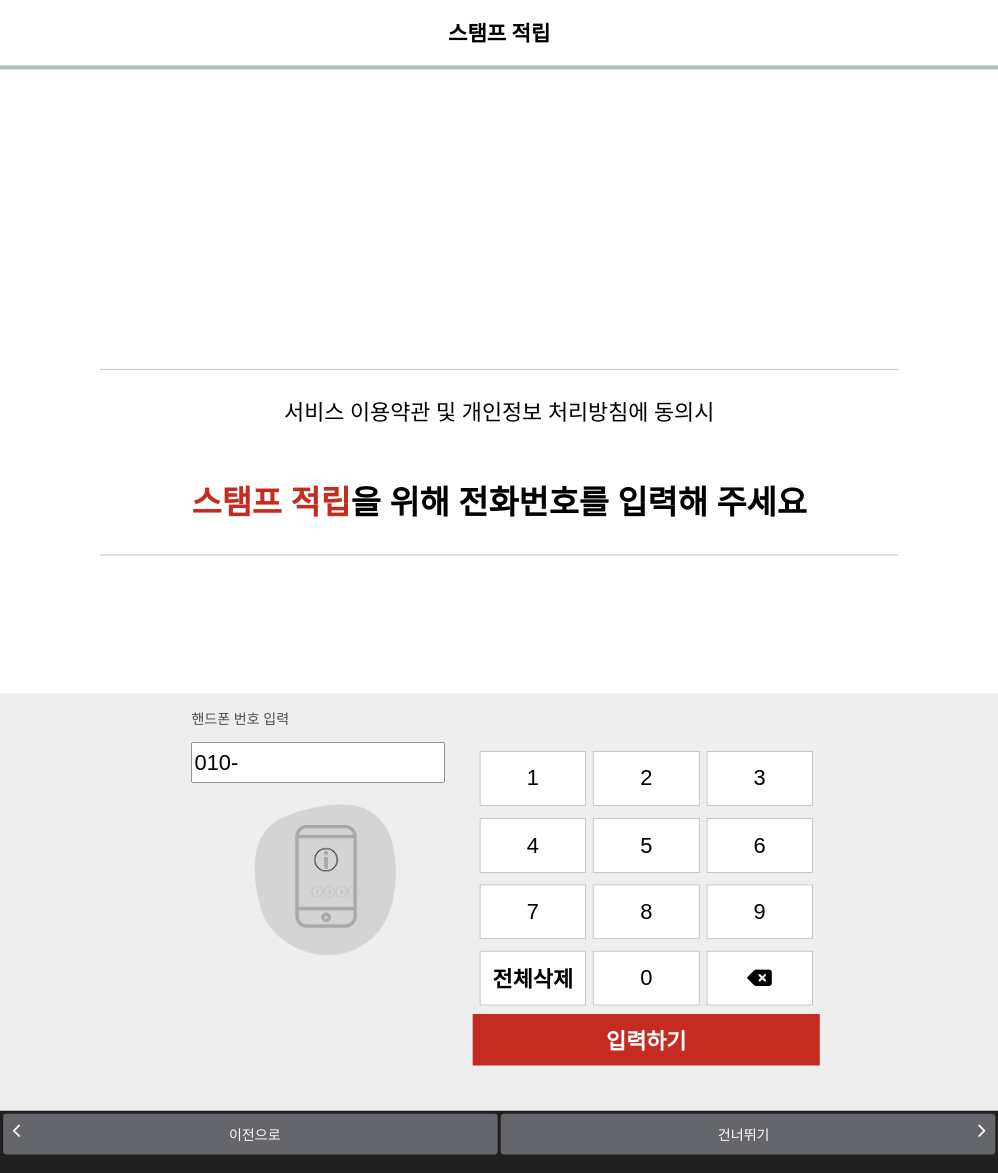
Repository: leebo-ram/tripleacoffee
Page: stamp/stampMemberCheck.html
An editor plug-in stored every save of this project. The page is shown before and after the next save, followed by the edit.
The browser window is 1280 px wide. The pictures show the whole page, at 78% of full size.
Some web libraries are served in a nearby version.

Above is the page before, as saved 2023-01-07 19:03:48.

### stamp/stampMemberCheck.html
<!DOCTYPE html>
<html lang="en">
<head>
  <meta charset="UTF-8">
  <meta http-equiv="X-UA-Compatible" content="IE=edge">
  <meta name="viewport" content="width=device-width, initial-scale=1.0">
  <title>stamp Earn (스탬프 적립) - 회원전화번호입력</title>
  <meta name="description" content="tripleacoffee Portfolio for world-renowned software engineer Lee Bo-ram and Byeon Sang-woo">

  <link rel="icon" type="image/png" href="../img/0_logo/logo_h.jpg" />

  <!-- 무료icon 적용하기 -->
  <script src="https://kit.fontawesome.com/24a94e1bce.js" crossorigin="anonymous"></script>


  <!-- 글씨체 적용하기 -->
  <link href="https://fonts.googleapis.com/css2?family=Open+Sans:wght@400;600;700&display=swap" rel="stylesheet">
  <!-- css(font-글씨체) : font-family: 'Open Sans', sans-serif;-->

  <link rel="stylesheet" href="../style2.css">
  <script src="../main.js" defer></script>

</head>
<body>
  <section id="popTitles">
    <div class="pop__title">
      <h2>스탬프 적립</h2>
    </div>
  </section>

  <!-- 스탬프 적립하기 / 사용하기 -->
  <section id="popBox">
    <div class="memberStamp">
      <div class="member__stamps stampEarn__description">
        <p>서비스 이용약관 및 개인정보 처리방침에 동의시</p>
        <h2><span>스탬프 적립</span>을 위해 전화번호를 입력해 주세요</h2>
      </div>
    </div>
  </section>

  <!-- 전화번호 입력 -->
  <section id="hp__numbers_box">
      <div id="hp">
        <div class="phoneNum">
          <p>핸드폰 번호 입력</p>
          <input type="text" name="mobileNumber" required size="10" id="mobileNumber" value="010-">

          <div>
            <img src="../img/stampEarn_mobile.png" alt="">
          </div>
        </div>

        <div class="hp__numbers">
          <div class="number123">
            <button class="number1" data-val="1">
              <input type="hidden" value="mobileNumber">
              <p>1</p>
            </button>
            <button class="number1" data-val="2">
              <input type="hidden" value="mobileNumber">
              <p>2</p>
            </button>
            <button class="number1" data-val="3">
              <input type="hidden" value="mobileNumber">
              <p>3</p>
            </button>
          </div>
          <div class="number456">
            <button class="number1" data-val="4">
              <input type="hidden" value="mobileNumber">
              <p>4</p>
            </button>
            <button class="number1" data-val="5">
              <input type="hidden" value="mobileNumber">
              <p>5</p>
            </button>
            <button class="number1" data-val="6">
              <input type="hidden" value="mobileNumber">
              <p>6</p>
            </button>
          </div>
          <div class="number789">
            <button class="number1" data-val="7">
              <input type="hidden" value="mobileNumber">
              <p>7</p>
            </button>
            <button class="number1" data-val="8">
              <input type="hidden" value="mobileNumber">
              <p>8</p>
            </button>
            <button class="number1" data-val="9">
              <input type="hidden" value="mobileNumber">
              <p>9</p>
            </button>
          </div>
          <div class="number0">
            <button class="number__del__ALL">
              <input type="hidden" value="mobileNumber">
              <p>전체삭제</p>
            </button>
            <button class="number__zero" data-val="0">
              <input type="hidden" value="mobileNumber">
              <p>0</p>
            </button>
            <button class="number__pop">
              <input type="hidden" value="mobileNumber">
              <i class="fas fa-backspace"></i>
            </button>
          </div>

          <div class="input__mobileNumber__btn">
            <button>입력하기</button>
          </div>

        </div>
      </div>

  </section>



  <!-- 취소Btn -->
  <section id="pop__bottom">
    <button class="pop__former__Btn">
      <i class="fas fa-chevron-left"></i>
      이전으로
    </button>
    <button class="pop__skip__Btn">
      건너뛰기
        <i class="fas fa-chevron-right"></i>
      </button>
  </section>
</body>
</html>

Loaded but not shown: main.js (116 lines, source omitted); style2.css (1377 lines, source omitted)

After the next save:
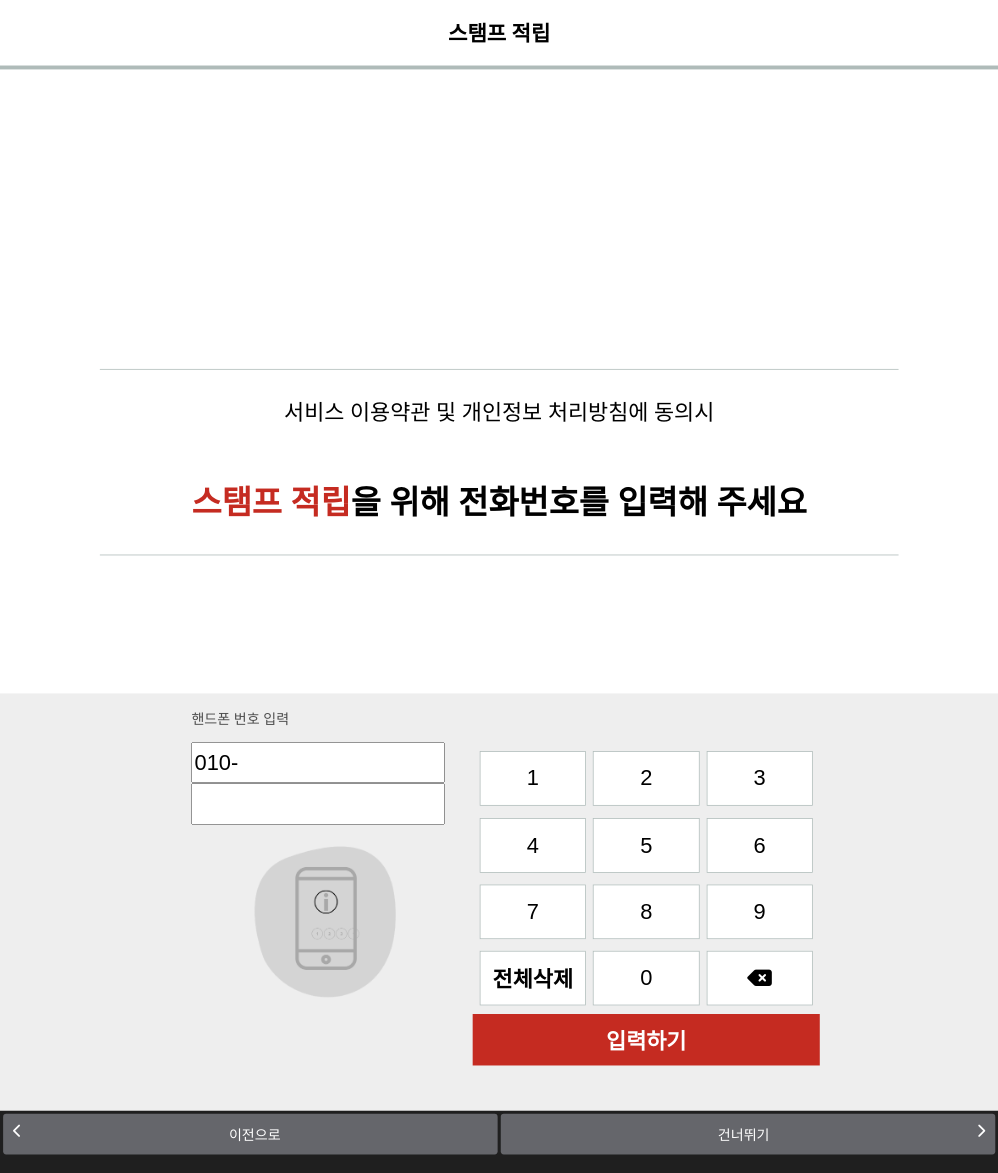
Saved 84 s later.
--- a/stamp/stampMemberCheck.html
+++ b/stamp/stampMemberCheck.html
@@ -44,6 +44,8 @@
         <div class="phoneNum">
           <p>핸드폰 번호 입력</p>
           <input type="text" name="mobileNumber" required size="10" id="mobileNumber" value="010-">
+
+          <input type="password" name="" id="">
 
           <div>
             <img src="../img/stampEarn_mobile.png" alt="">

After the save that followed:
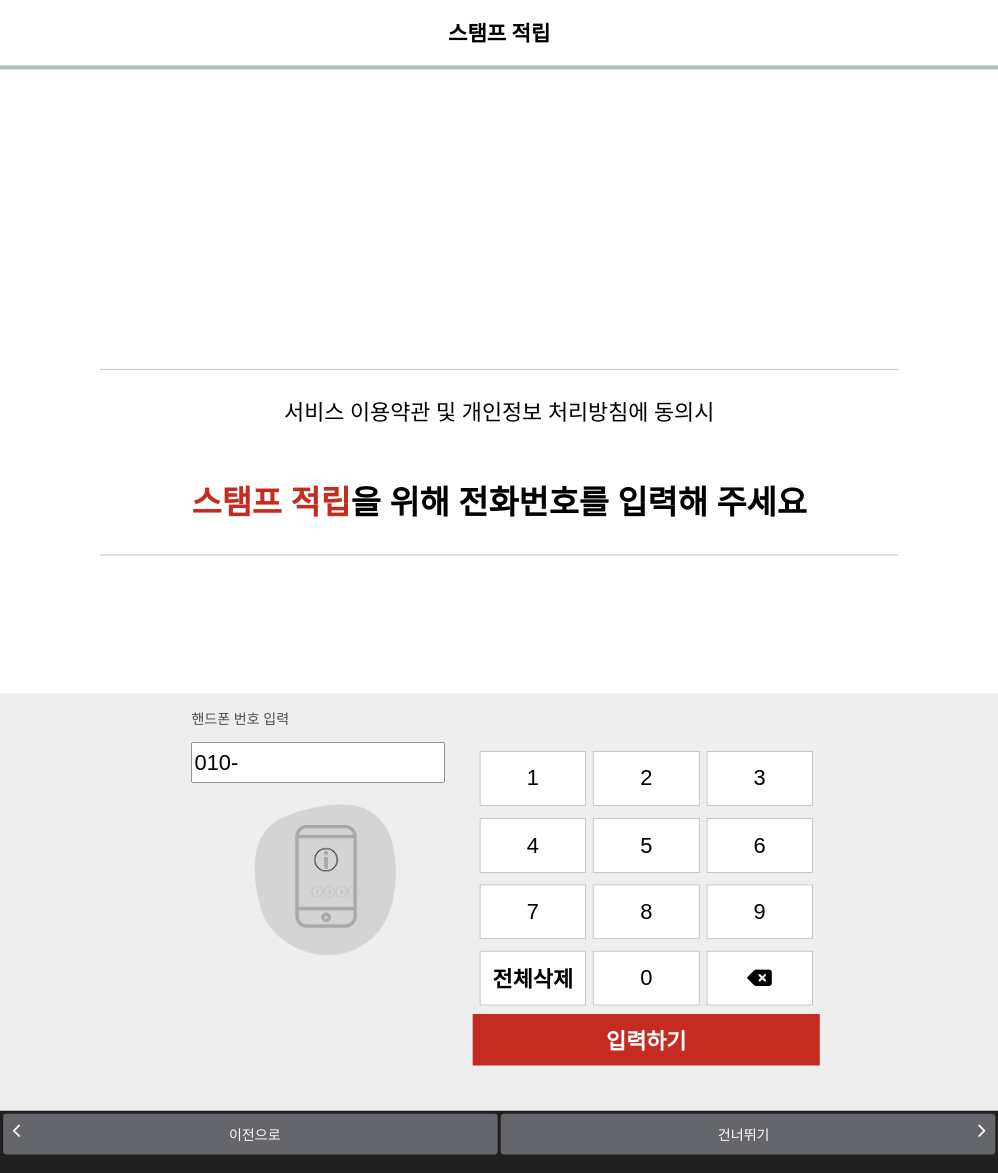
Saved 2 min 29 s later.
--- a/stamp/stampMemberCheck.html
+++ b/stamp/stampMemberCheck.html
@@ -44,8 +44,6 @@
         <div class="phoneNum">
           <p>핸드폰 번호 입력</p>
           <input type="text" name="mobileNumber" required size="10" id="mobileNumber" value="010-">
-
-          <input type="password" name="" id="">
 
           <div>
             <img src="../img/stampEarn_mobile.png" alt="">
